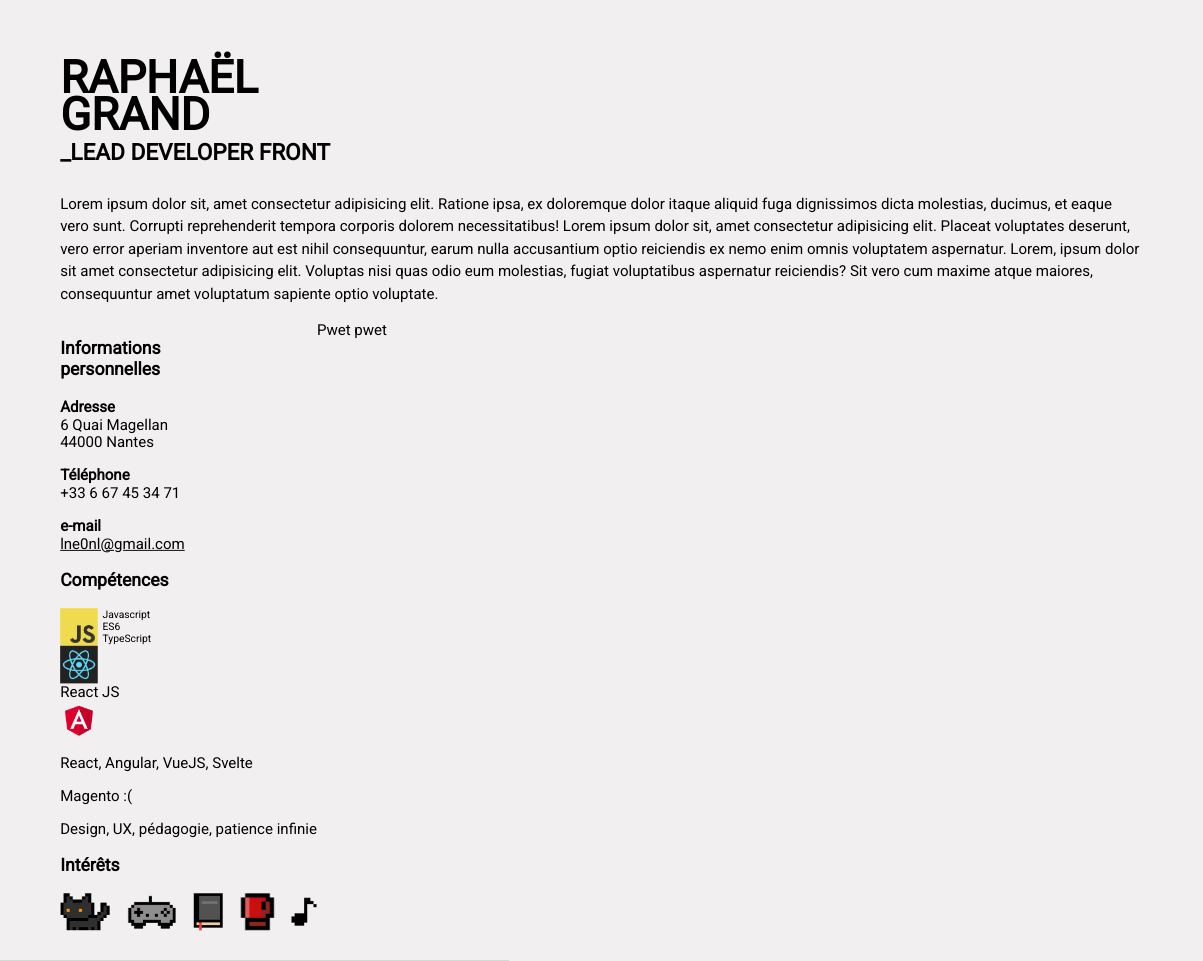
Repository: lne0nl/resume
Page: index.html
The author's editor kept a copy of each file at every save. The page is drawn from the files as they stood at one save, then again after a run of saves.
The browser window is 1280 px wide. The pictures show the whole page, at 94% of full size.

Above is the page before, as saved 2021-12-10 11:26:31.

After the next 2 saves:
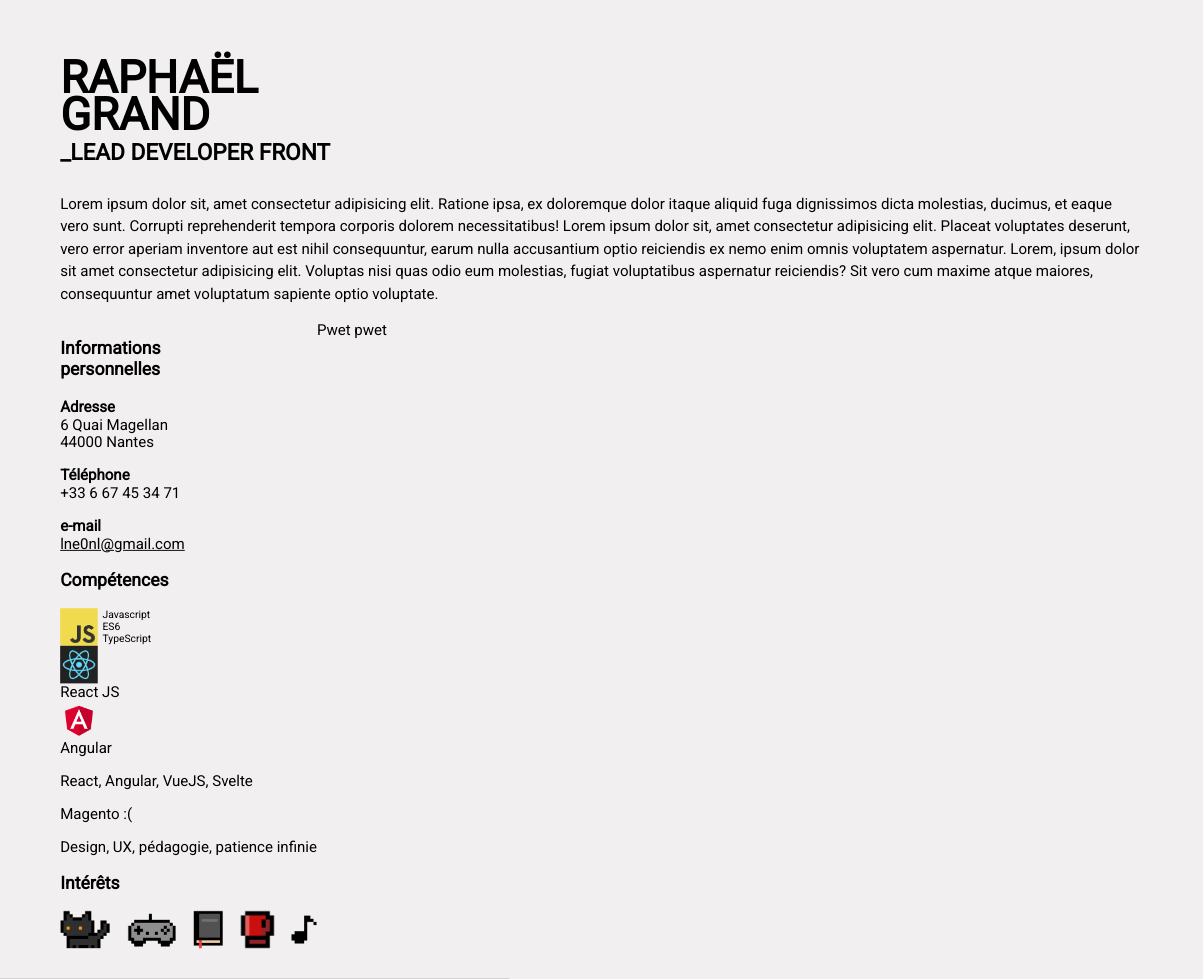
The 2 saves are shown as one change because they came seconds apart.
The last was saved 22 s later.
--- a/index.html
+++ b/index.html
@@ -59,7 +59,8 @@
           <div class="frameworks">
             <img class="logo" src="images/react.png" alt="React Js" title="React Js">
             React JS
-            <img class="logo" src="images/angular.png"
+            <img class="logo" src="images/angular.png" alt="Angular" title="Angular">
+            Angular
           </div>
           <ul>
             <li>
